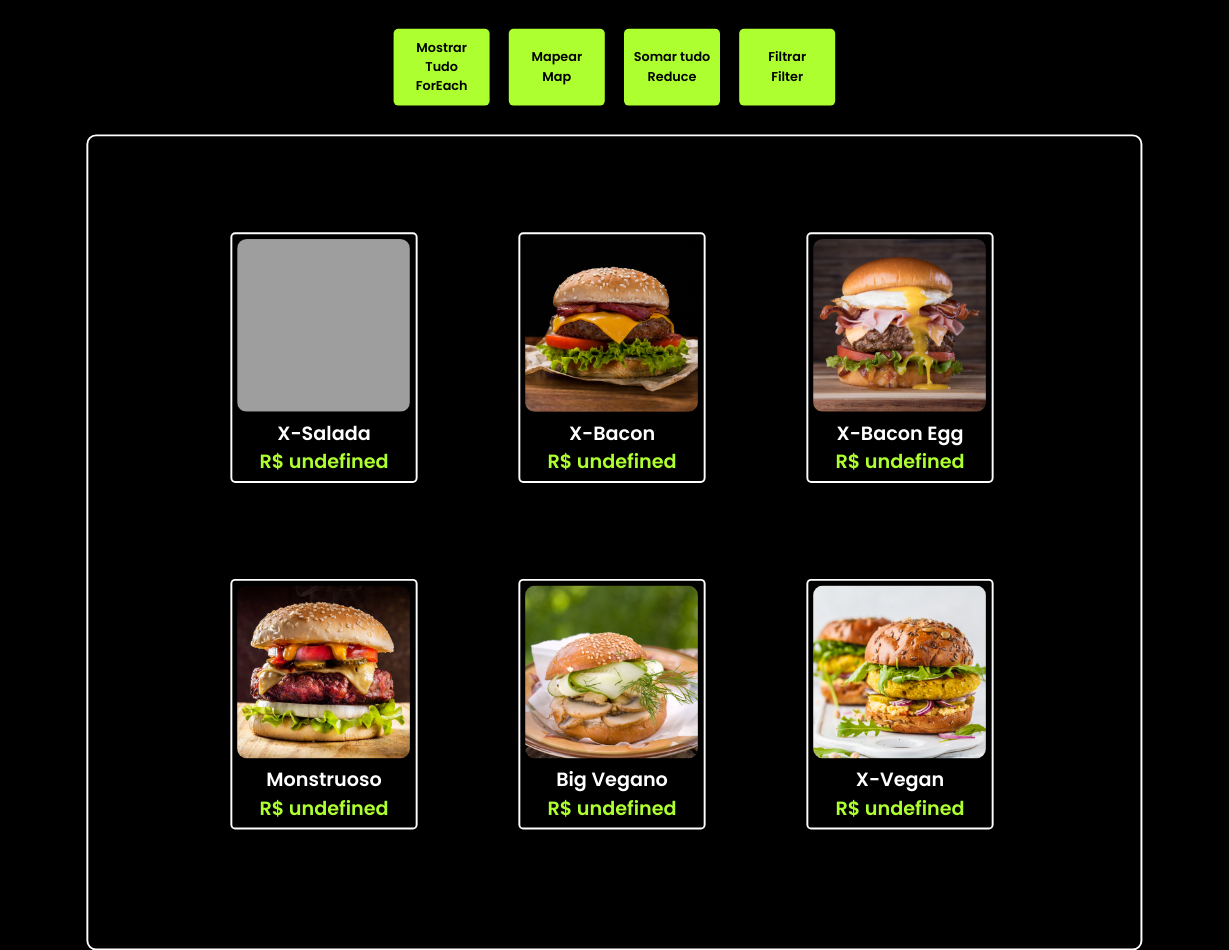
Repository: templaterj1991-Luiz/Main
Page: DevClub/Javascript/DevBurguer/index.html
These files come from the project's save history. The page is drawn as it stood at one moment and after the next save; the edit follows.
The browser window is 1280 px wide. The pictures show the whole page, at 96% of full size.
After loading, the first visible `#botao2` was clicked once.
Pictures or frames that could not be fetched are drawn as grey boxes.

Above is the page before, as saved 2026-05-19 18:04:57.

After the next save:
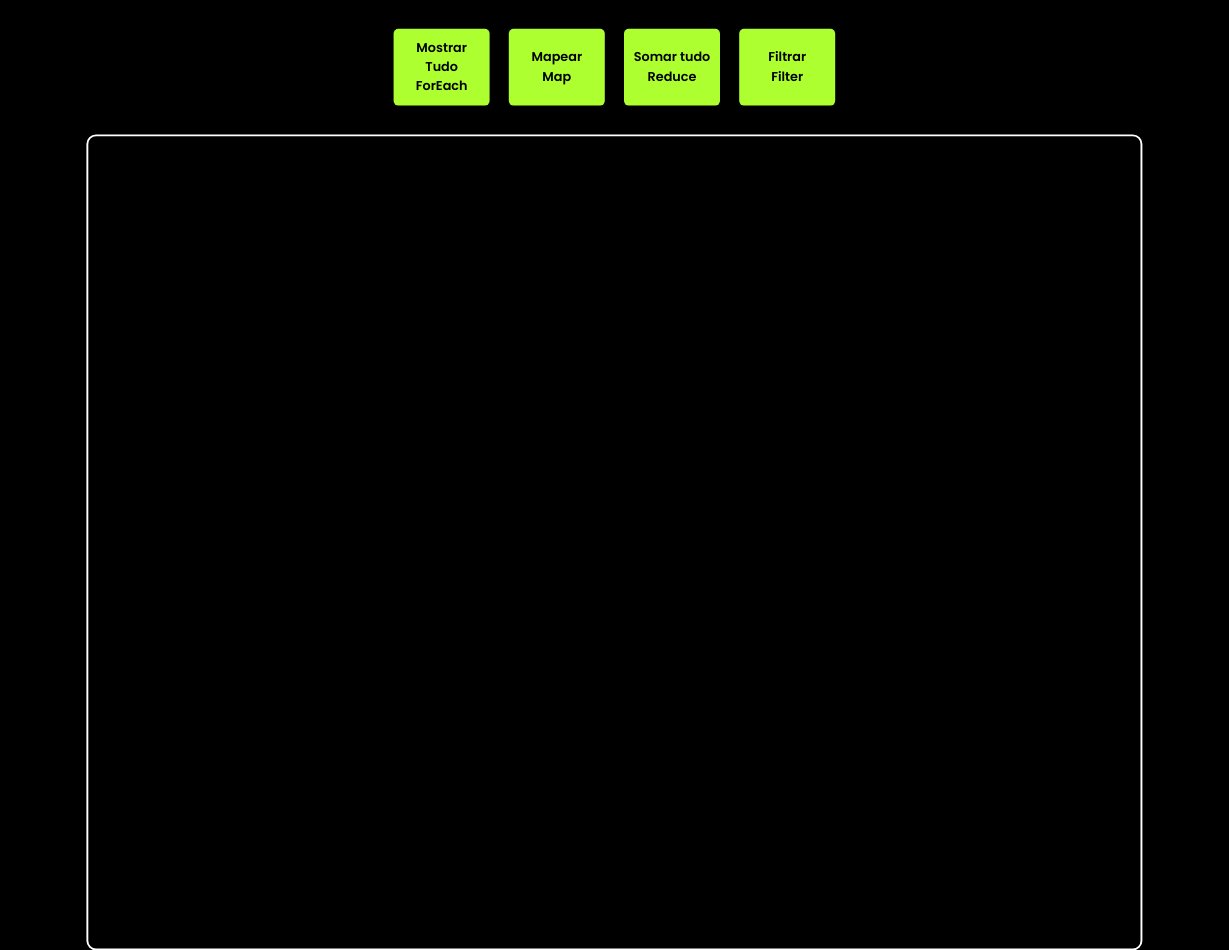
Console error: TypeError: product.price.tofixed is not a function
Saved 6 s later.
--- a/DevClub/Javascript/DevBurguer/javascript.js
+++ b/DevClub/Javascript/DevBurguer/javascript.js
@@ -30,7 +30,7 @@ function mapitens() {
      <li>
          <img src=${product.src}>
          <p>${product.name}</p>
-         <p class="price"> R$ ${product.price.tofixed}</p>
+         <p class="price"> R$ ${product.price.tofixed(2)}</p>
      </li>
   `
 
